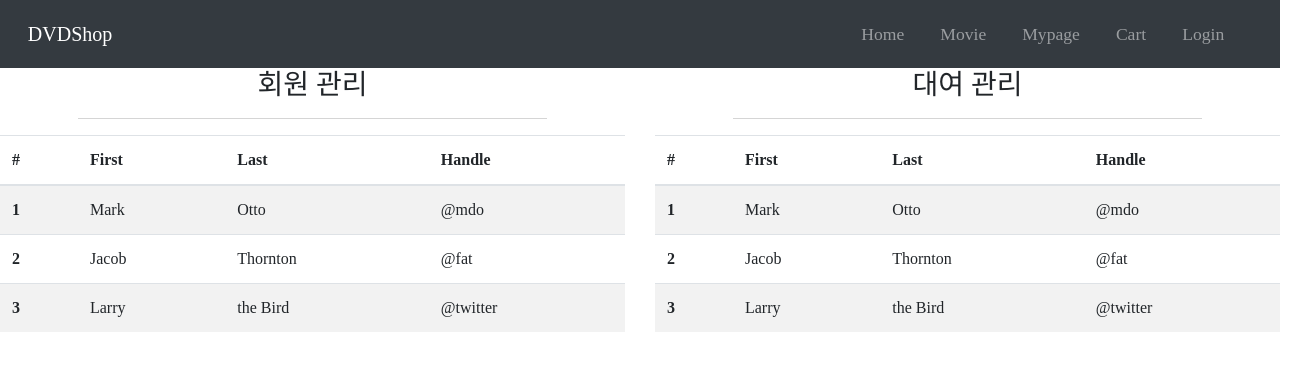
Repository: afterup/dvdshop
Page: http://localhost/shop_project/admin?action=user
An editor plug-in stored every save of this project. The page is shown before and after the next save, followed by the edit.
The browser window is 1280 px wide. The page is 1295 px wide, so the pictures cover 1295 px, including what lies to the right of the window. The pictures show the whole page.
The page is served by Tomcat 9. Other server files are loaded and not shown.

Above is the page before, as saved 2019-08-14 06:35:20.

### shop_project/WebContent/view/manager/admin_user.jsp
<%@ page language="java" contentType="text/html; charset=UTF-8"
    pageEncoding="UTF-8"%>
<!DOCTYPE html>
<html>
<head>
<meta charset="UTF-8">
<title>Insert title here</title>
<link rel="stylesheet"
	href="https://stackpath.bootstrapcdn.com/bootstrap/4.3.1/css/bootstrap.min.css"
	integrity="sha384-ggOyR0iXCbMQv3Xipma34MD+dH/1fQ784/j6cY/iJTQUOhcWr7x9JvoRxT2MZw1T"
	crossorigin="anonymous">
<link rel="stylesheet" href="../../css/style.css">
</head>
<body>


	<!-- Navigation -->
	<%@ include file="/view/common/header.jsp" %>


	<div class="row">
		<div class="container col-6">
			<h3 class="text-center">회원 관리</h3>
			<hr class="light">
			<table class="table table-striped">
				<thead>
					<tr>
						<th scope="col">#</th>
						<th scope="col">First</th>
						<th scope="col">Last</th>
						<th scope="col">Handle</th>
					</tr>
				</thead>
				<tbody>
					<tr>
						<th scope="row">1</th>
						<td>Mark</td>
						<td>Otto</td>
						<td>@mdo</td>
					</tr>
					<tr>
						<th scope="row">2</th>
						<td>Jacob</td>
						<td>Thornton</td>
						<td>@fat</td>
					</tr>
					<tr>
						<th scope="row">3</th>
						<td>Larry</td>
						<td>the Bird</td>
						<td>@twitter</td>
					</tr>
				</tbody>
			</table>
		</div>
		<div class="container col-6">
			<h3 class="text-center">대여 관리</h3>
			<hr class="light">
			<table class="table table-striped">
				<thead>
					<tr>
						<th scope="col">#</th>
						<th scope="col">First</th>
						<th scope="col">Last</th>
						<th scope="col">Handle</th>
					</tr>
				</thead>
				<tbody>
					<tr>
						<th scope="row">1</th>
						<td>Mark</td>
						<td>Otto</td>
						<td>@mdo</td>
					</tr>
					<tr>
						<th scope="row">2</th>
						<td>Jacob</td>
						<td>Thornton</td>
						<td>@fat</td>
					</tr>
					<tr>
						<th scope="row">3</th>
						<td>Larry</td>
						<td>the Bird</td>
						<td>@twitter</td>
					</tr>
				</tbody>
			</table>
		</div>

	</div>


	<script src="https://code.jquery.com/jquery-3.3.1.slim.min.js"
		integrity="sha384-q8i/X+965DzO0rT7abK41JStQIAqVgRVzpbzo5smXKp4YfRvH+8abtTE1Pi6jizo"
		crossorigin="anonymous">

	</script>
	<script
		src="https://cdnjs.cloudflare.com/ajax/libs/popper.js/1.14.7/umd/popper.min.js"
		integrity="sha384-UO2eT0CpHqdSJQ6hJty5KVphtPhzWj9WO1clHTMGa3JDZwrnQq4sF86dIHNDz0W1"
		crossorigin="anonymous">

	</script>
	<script
		src="https://stackpath.bootstrapcdn.com/bootstrap/4.3.1/js/bootstrap.min.js"
		integrity="sha384-JjSmVgyd0p3pXB1rRibZUAYoIIy6OrQ6VrjIEaFf/nJGzIxFDsf4x0xIM+B07jRM"
		crossorigin="anonymous">

	</script>
</body>
</html>

### shop_project/WebContent/view/common/header.jsp
<%@ page language="java" contentType="text/html; charset=UTF-8"
    pageEncoding="UTF-8"%>
<!DOCTYPE html>
<html>
<head>
<meta charset="UTF-8">
<title>Insert title here</title>
</head>
<body>

	<!-- Navigation -->
    <nav class="navbar navbar-expand-md navbar-dark bg-dark sticky-top">
        <div class="container-fluid">
            <a href="movie" class="navbar-brand">DVDShop</a>
            <button class="navbar-toggler" type="button" data-toggle="collapse" data-target="#navbarResponsive">
                <span class="navbar-toggler-icon"></span>
            </button>
            <div class="collapse navbar-collapse" id="navbarResponsive">
                <ul class="navbar-nav ml-auto">
                    <li class="nav-item"><a class="nav-link" href="movie">Home</a></li>
                    <li class="nav-item"><a class="nav-link" href="movie?action=moviePage">Movie</a></li>
                    <li class="nav-item"><a class="nav-link" href="movie?action=mypage">Mypage</a></li>
                    <li class="nav-item"><a class="nav-link" href="movie?action=cart">Cart</a></li>

                   <%
                   	String id = (String)request.getSession().getAttribute("id");
                   	System.out.print("id="+id);
                   	if(id == null){
                   %>
                    <li class="nav-item"><a href="movie?action=login" class="nav-link">Login</a></li>
               	   <%
                   	}else{
               	   %>
                    <li class="nav-item"><a href="movie?action=logout" class="nav-link">Logout</a></li>
               	   <%
                   	}
               	   %>
                </ul>
            </div>
        </div>
    </nav>

</body>
</html>

### shop_project/src/com/movie/control/AdminServlet.java
package com.movie.control;

import java.io.IOException;
import java.sql.SQLException;
import java.util.List;

import javax.servlet.ServletException;
import javax.servlet.http.HttpServlet;
import javax.servlet.http.HttpServletRequest;
import javax.servlet.http.HttpServletResponse;

import com.movie.model.dao.AdminDAO;
import com.movie.model.dao.MovieDAO;
import com.movie.model.vo.MovieInfo;

public class AdminServlet extends HttpServlet {

	@Override
	protected void doPost(HttpServletRequest req, HttpServletResponse resp) throws ServletException, IOException {
		super.doPost(req, resp);
	}

	@Override
	protected void service(HttpServletRequest request, HttpServletResponse response) throws ServletException, IOException {

		request.setCharacterEncoding("UTF-8");

		String action = request.getParameter("action");
		System.out.println("action>"+action);

		AdminDAO dao = new AdminDAO();

		if(action==null) { //Admin 관리페이지. 영화
			try {
				List<MovieInfo> movieList = dao.selectAll();
				request.setAttribute("movieList", movieList);
			} catch (SQLException e) {
				e.printStackTrace();
			}
			request.getRequestDispatcher("/view/manager/admin.jsp").forward(request,response);
		}else if(action.equals("update")) {//영화 수정페이지
			try {
				int no = Integer.parseInt(request.getParameter("no"));
				System.out.println(no);
				List<MovieInfo> movieInfo = dao.selectInfo(no);
				request.setAttribute("movie", movieInfo.get(0));
				request.getRequestDispatcher("/view/manager/admin_update.jsp").forward(request,response);
			} catch (SQLException e) {
				e.printStackTrace();
			}
		}else if(action.equals("updateAction")) {//업데이트
			int movieid = Integer.parseInt(request.getParameter("no"));
			String movieNm = request.getParameter("movienm");
			String genreNm = request.getParameter("genrenm");
			String supervison = request.getParameter("supervison");
			String watchGradenm = request.getParameter("watchgradenm");
			String movieDesc = request.getParameter("moviedesc");
			int dvdamount = Integer.parseInt(request.getParameter("dvdamount"));

			MovieInfo movie = new MovieInfo(movieid,movieNm,null,movieDesc,genreNm,supervison,watchGradenm,dvdamount);
			System.out.println(movie);

			try {
				if(dao.updateMovie(movie)==1) {
					System.out.println("수정완료");
				}else {
					System.out.println("수정실패");
				}
				response.sendRedirect("admin");
			} catch (SQLException e) {
				e.printStackTrace();
			}
		}else if(action.equals("delete")) {
			int no = Integer.parseInt(request.getParameter("no"));
			System.out.println(no);
			try {
				if(dao.deleteMovie(no)==1) {
					System.out.println("삭제");

				}else {
					System.out.println("삭제실패");
				}
				response.sendRedirect("admin");
			} catch (SQLException e) {
				e.printStackTrace();
			}
		}else if(action.equals("insert")) {
			request.getRequestDispatcher("/view/manager/admin_insert.jsp").forward(request,response);

		}else if(action.equals("insertAction")) {
			String movieNm = request.getParameter("movienm");
			String genreNm = request.getParameter("genrenm");
			String supervison = request.getParameter("supervison");
			String watchGradenm = request.getParameter("watchgradenm");
			String movieDesc = request.getParameter("moviedesc");
			int dvdamount = Integer.parseInt(request.getParameter("dvdamount"));

			MovieInfo movie = new MovieInfo(0,movieNm,null,movieDesc,genreNm,supervison,watchGradenm,dvdamount);
			try {
				dao.insertMovie(movie);
				response.sendRedirect("admin");
			} catch (SQLException e) {
				e.printStackTrace();
			}

		}else if(action.equals("user")) {//회원, 대여관리

			request.getRequestDispatcher("/view/manager/admin_user.jsp").forward(request,response);
		}


	}
}

### shop_project/src/com/movie/model/dao/AdminDAO.java
package com.movie.model.dao;

import java.sql.SQLException;
import java.util.List;

import com.ibatis.sqlmap.client.SqlMapClient;
import com.movie.model.vo.MovieInfo;

import iba.MySqlMapClient;

public class AdminDAO {

	SqlMapClient sqlMap;

	public AdminDAO() {
		sqlMap = MySqlMapClient.getSqlMapInstance();
	}

	public List<MovieInfo> selectAll() throws SQLException {
		return sqlMap.queryForList("admin.selectAll");
	}

	public List<MovieInfo> selectInfo(int no) throws SQLException {
		return sqlMap.queryForList("admin.selectInfo",no);
	}

	public int updateMovie(MovieInfo movie) throws SQLException {
		return sqlMap.update("admin.movieUpdate",movie);
	}

	public int deleteMovie(int no) throws SQLException {
		return sqlMap.delete("admin.movieDelete",no);
	}

	public void insertMovie(MovieInfo movie) throws SQLException {
		sqlMap.insert("admin.movieInsert",movie);
	}
}

### shop_project/src/iba/MySqlMapClient.java
package iba;

import java.io.IOException;
import java.io.Reader;

import com.ibatis.common.resources.Resources;
import com.ibatis.sqlmap.client.SqlMapClient;
import com.ibatis.sqlmap.client.SqlMapClientBuilder;

public class MySqlMapClient {
   /*
       sqlMapConfig.xml문서(텍스트문서)를  객체화 시켜주는 클래스

                ★SqlMapClient클래스  : XML내에 작성된 sql문을 호출!!
    */

	private static final SqlMapClient sqlMap;

    static {

       try {
		String resource="./iba/sqlMapConfig.xml";
		   Reader reader = Resources.getResourceAsReader(resource);
		   sqlMap = SqlMapClientBuilder.buildSqlMapClient(reader);
	    } catch (IOException e) {
		  e.printStackTrace();
		  throw new RuntimeException("MySqlMapConfig초기화 중 에러: "+ e);
	   }
    }//static

    public static SqlMapClient getSqlMapInstance() {
    	return sqlMap;
    }
}

### shop_project/src/com/movie/model/vo/User.java
package com.movie.model.vo;

public class User {
	private String id;
	private String pass;
	private String email;
	private String address;


	public User() {
	}

	public User(String id, String pass, String email, String address) {
		super();
		this.id = id;
		this.pass = pass;
		this.email = email;
		this.address = address;
	}



	@Override
	public String toString() {
		return "User [id=" + id + ", pass=" + pass + ", email=" + email + ", address=" + address + "]";
	}



	public String getId() {
		return id;
	}

	public void setId(String id) {
		this.id = id;
	}

	public String getPass() {
		return pass;
	}

	public void setPass(String pass) {
		this.pass = pass;
	}

	public String getEmail() {
		return email;
	}

	public void setEmail(String email) {
		this.email = email;
	}

	public String getAddress() {
		return address;
	}

	public void setAddress(String address) {
		this.address = address;
	}



}

### shop_project/src/com/movie/model/vo/Rental.java
package com.movie.model.vo;

import java.sql.Date;

public class Rental {
	private int rentid;
	private Date rentdate;
	private String returnYN;
	private String userid;
	private int movieid;

	public Rental() {
	}

	public Rental(int rentid, Date rentdate, String returnYN, String userid, int movieid) {
		super();
		this.rentid = rentid;
		this.rentdate = rentdate;
		this.returnYN = returnYN;
		this.userid = userid;
		this.movieid = movieid;
	}



	@Override
	public String toString() {
		return "Rental [rentid=" + rentid + ", rentdate=" + rentdate + ", returnYN=" + returnYN + ", userid=" + userid
				+ ", movieid=" + movieid + "]";
	}


	public int getRentid() {
		return rentid;
	}

	public void setRentid(int rentid) {
		this.rentid = rentid;
	}

	public Date getRentdate() {
		return rentdate;
	}

	public void setRentdate(Date rentdate) {
		this.rentdate = rentdate;
	}

	public String getReturnYN() {
		return returnYN;
	}

	public void setReturnYN(String returnYN) {
		this.returnYN = returnYN;
	}

	public String getUserid() {
		return userid;
	}

	public void setUserid(String userid) {
		this.userid = userid;
	}

	public int getMovieid() {
		return movieid;
	}

	public void setMovieid(int movieid) {
		this.movieid = movieid;
	}




}

### shop_project/src/com/movie/model/vo/MovieInfo.java
package com.movie.model.vo;

public class MovieInfo {
	private int movieid;
	private String movienm;
	private String movieimg;
	private String moviedesc;
	private String genrenm;
	private String supervison;
	private String watchGradeNm;
	private int dvdamount;

	public MovieInfo(int movieid, String movienm, String movieimg, String moviedesc, String genrenm, String supervison,
			String watchGradeNm, int dvdamount) {
		super();
		this.movieid = movieid;
		this.movienm = movienm;
		this.movieimg = movieimg;
		this.moviedesc = moviedesc;
		this.genrenm = genrenm;
		this.supervison = supervison;
		this.watchGradeNm = watchGradeNm;
		this.dvdamount = dvdamount;
	}

	@Override
	public String toString() {
		return "MovieInfo [movieid=" + movieid + ", movienm=" + movienm + ", movieimg=" + movieimg + ", moviedesc="
				+ moviedesc + ", genrenm=" + genrenm + ", supervison=" + supervison + ", watchGradeNm=" + watchGradeNm
				+ ", dvdamount=" + dvdamount + "]";
	}

	public int getMovieid() {
		return movieid;
	}

	public void setMovieid(int movieid) {
		this.movieid = movieid;
	}

	public String getMovienm() {
		return movienm;
	}

	public void setMovienm(String movienm) {
		this.movienm = movienm;
	}

	public String getMovieimg() {
		return movieimg;
	}

	public void setMovieimg(String movieimg) {
		this.movieimg = movieimg;
	}

	public String getMoviedesc() {
		return moviedesc;
	}

	public void setMoviedesc(String moviedesc) {
		this.moviedesc = moviedesc;
	}

	public String getGenrenm() {
		return genrenm;
	}

	public void setGenrenm(String genrenm) {
		this.genrenm = genrenm;
	}

	public String getSupervison() {
		return supervison;
	}

	public void setSupervison(String supervison) {
		this.supervison = supervison;
	}

	public String getWatchGradeNm() {
		return watchGradeNm;
	}

	public void setWatchGradeNm(String watchGradeNm) {
		this.watchGradeNm = watchGradeNm;
	}

	public int getDvdamount() {
		return dvdamount;
	}

	public void setDvdamount(int dvdamount) {
		this.dvdamount = dvdamount;
	}



}

### shop_project/WebContent/css/style.css
html,
body {
    height: 100%;
    width: 100%;
    font-family: "sans-serif";
}

img {
    width: 100%;
}

#adminPage {
    background-color: rgb(250, 249, 242);
}

.navbar {
    padding: .8rem;
}

.navbar-nav li {
    padding-right: 20px;
}

.nav-link {
    font-size: 1.1em !important;
}

.carousel-inner img {
    width: 100%;
    height: 100%;
}

.btn-info {
    background-color: rgb(57, 55, 66);
    color: rgb(240, 240, 240);
    border-color: rgb(57, 55, 66);
}

.jumbotron {
    padding: 1rem;
}

.padding {
    padding-bottom: 2rem;
}

footer {
    background-color: #3f3f3f;
    color: #d5d5d5;
    padding: 2rem;
}

hr.light {
    border-top: 1px solid #d5d5d5;
    width: 75%;
}

### shop_project/WebContent/view/manager/adminHeader.jsp
<%@ page language="java" contentType="text/html; charset=UTF-8"
    pageEncoding="UTF-8"%>
<!DOCTYPE html>
<html>
<head>
<meta charset="UTF-8">
<title>Insert title here</title>
</head>
<body>
	<nav class="navbar navbar-expand-md navbar-dark bg-dark sticky-top">
		<div class="container-fluid">
			<a href="movie" class="navbar-brand">DVDShop</a>
			<button class="navbar-toggler" type="button" data-toggle="collapse"
				data-target="#navbarResponsive">
				<span class="navbar-toggler-icon"></span>
			</button>
			<div class="collapse navbar-collapse" id="navbarResponsive">
				<ul class="navbar-nav ml-auto">
					<li class="nav-item"><a class="nav-link" href="movie">Home</a></li>
					<li class="nav-item"><a class="nav-link" href="admin">영화관리</a></li>
					<li class="nav-item"><a class="nav-link"
						href="admin?action=user">회원관리</a></li>
				</ul>
			</div>
		</div>
	</nav>


</body>
</html>

After the next save:
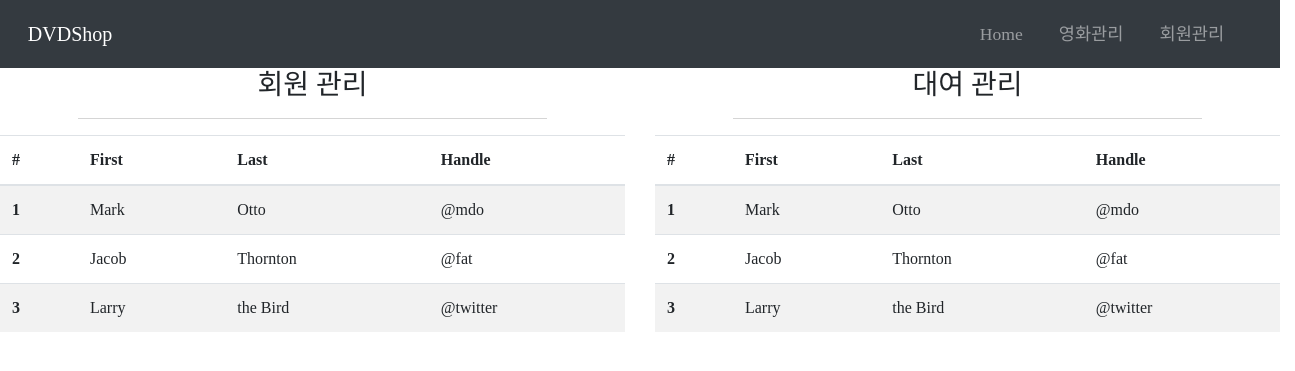
Saved 29 s later.
--- a/shop_project/WebContent/view/manager/admin_user.jsp
+++ b/shop_project/WebContent/view/manager/admin_user.jsp
@@ -15,7 +15,7 @@
 
 
 	<!-- Navigation -->
-	<%@ include file="/view/common/header.jsp" %>
+	<%@ include file="/view/manager/adminHeader.jsp" %>
 
 
 	<div class="row">
